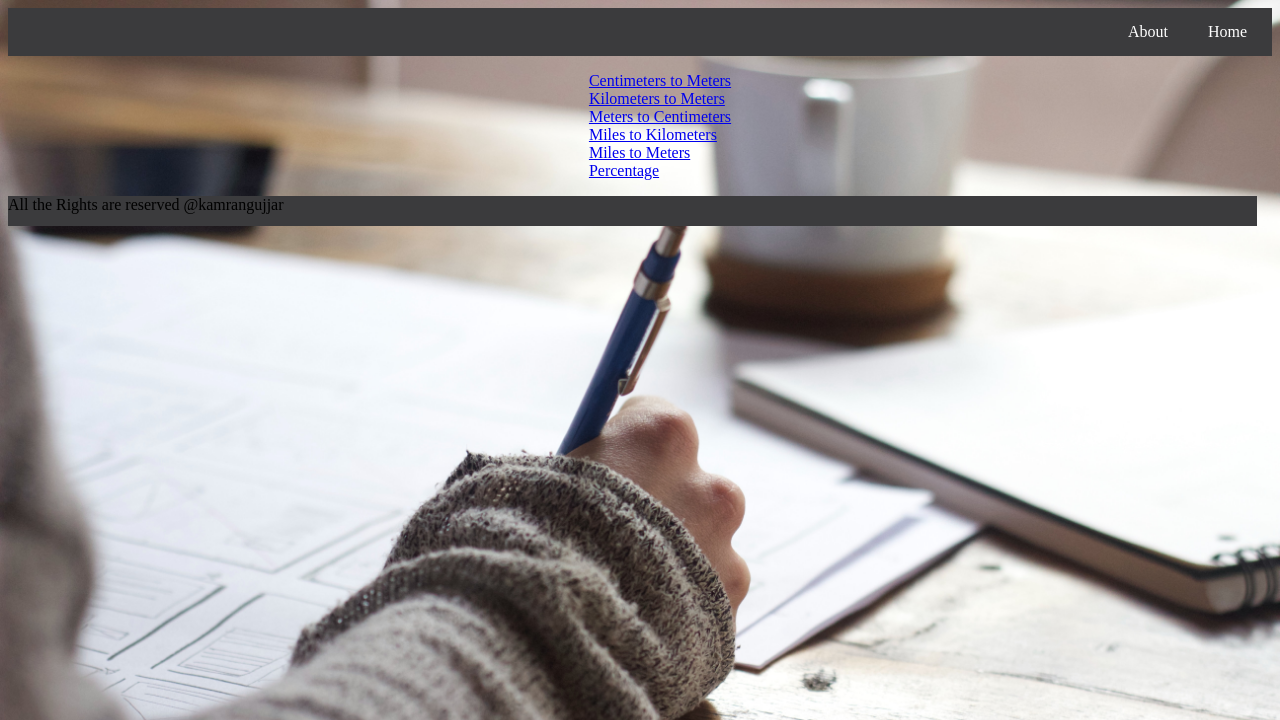
Repository: Kamrangujjar85112/Length-Converter
Page: html/home.html
An editor plug-in stored every save of this project. The page is shown before and after the next save, followed by the edit.
The browser window is 1280 px wide. The pictures show the whole page.

Above is the page before, as saved 2022-01-21 04:28:32.

After the next save:
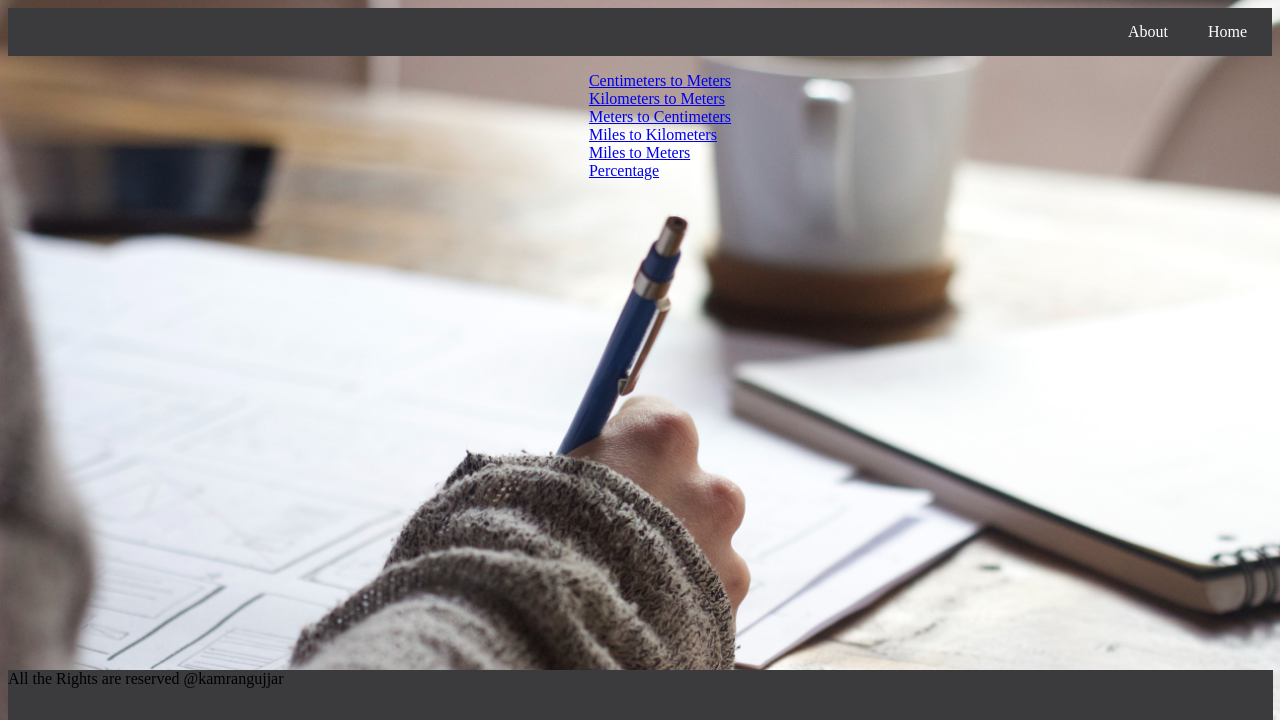
Saved 21 s later.
--- a/css/style.css
+++ b/css/style.css
@@ -44,8 +44,9 @@
 .footer{
     bottom: 0;
     width: 98.8%;
-    position: relative;
-    height: 30px;
+    position: fixed;
+    height: 50px;
+    align-items: center;
     background: rgb(59, 59, 61);
 
 
